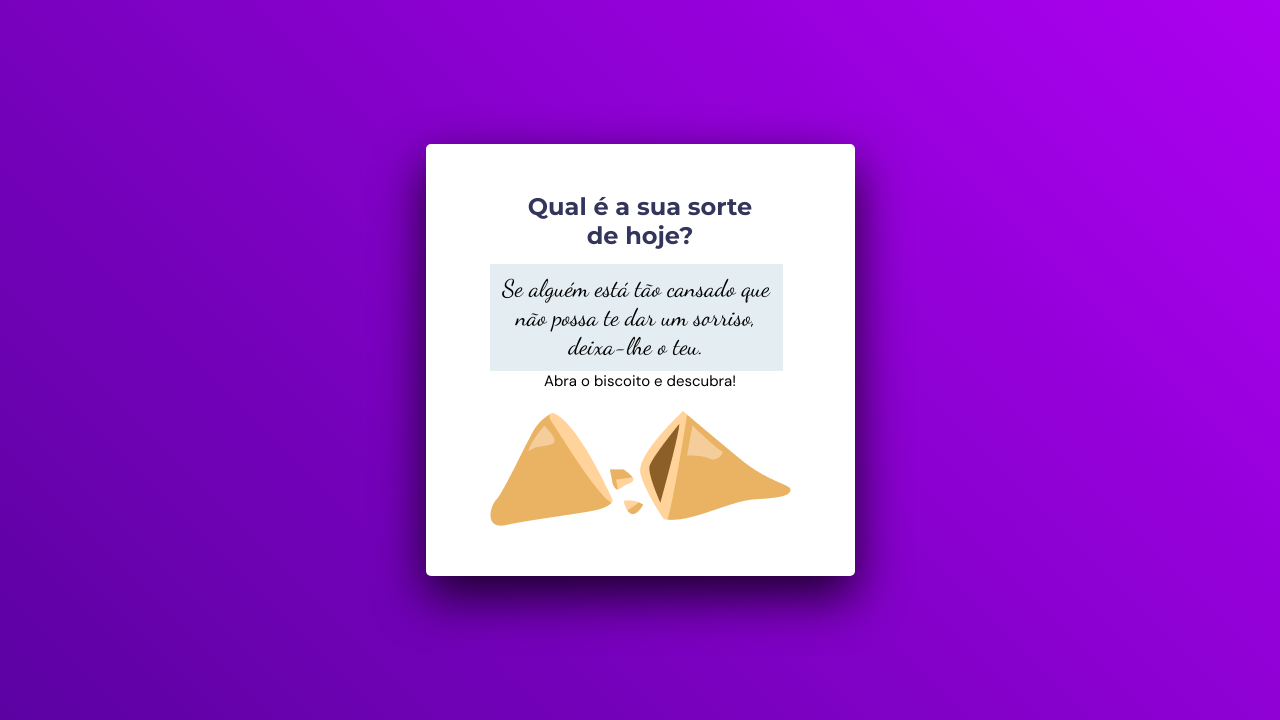
Repository: caueenrico/cookieCoach
Page: index.html
The author's editor kept a copy of each file at every save. The page is drawn from the files as they stood at one save, then again after the next save.
The browser window is 1280 px wide. The pictures show the whole page.

Above is the page before, as saved 2023-06-27 16:44:33.

### index.html
<!DOCTYPE html>
<html lang="en">
  <head>
    <meta charset="UTF-8" />
    <meta name="viewport" content="width=device-width, initial-scale=1.0" />
    <link rel="preconnect" href="https://fonts.googleapis.com" />
    <link rel="preconnect" href="https://fonts.gstatic.com" crossorigin />
    <link
      href="https://fonts.googleapis.com/css2?family=DM+Sans&family=Dancing+Script&family=Montserrat:wght@700&display=swap"
      rel="stylesheet"
    />
    <link rel="stylesheet" href="style.css" />
    <title>biscoito da sorte</title>
  </head>
  <body>
    <main>

      <div class="hide">
        <h1>
          Qual é a sua sorte <br />
          de hoje?
        </h1>
        <p>Abra o biscoito e descubra!</p>
        <img src="/biscoitoClose.png" alt="" />
      </div>

      <div>
        <h1>
          Qual é a sua sorte <br />
          de hoje?
        </h1>

        <span>
          Se alguém está tão cansado que não possa te dar um sorriso, deixa-lhe o teu.
        </span>
        <p>Abra o biscoito e descubra!</p>
        <img src="/opened-cookie.png" alt="" />
      </div>

    </main>
  </body>
  <script src="script.js"></script>
</html>

### style.css
* {
  margin: 0;
  padding: 0;
  box-sizing: border-box;
}

:root {
  font-size: 62.5%;

  --fs-heading: 2.4rem;
  --ff-heading: "Montserrat", sans-serif;

  --fs-subt: 1.5rem;
  --ff-subt: "DM Sans", sans-serif;
}

body {
  height: 100vh;
  width: 100vw;
  display: flex;
  flex-direction: column;
  justify-content: center;

  background: linear-gradient(45deg, #190361, #bb00ff);
  animation: gradient 10s ease infinite;
  background-size: 200% 200%;
}

@keyframes gradient {
  0% {
    background-position: 0% 50%;
  }
  50% {
    background-position: 100% 50%;
  }
  100% {
    background-position: 0% 50%;
  }
}

main {
  margin: 0 auto;

  display: flex;
  flex-direction: column;
  align-items: center;
  justify-content: center;

  padding: 4.8rem 6.4rem;
  background-color: #fff;

  text-align: center;

  border-radius: 5px;
  box-shadow: 0px 20px 50px 0px rgba(0, 0, 0, 0.8);
}

main h1 {
  font-family: var(--ff-heading);
  font-size: var(--fs-heading);
  font-weight: 700;

  color: #34355b;
  margin-bottom: 1.4rem;
}

main p {
  font-size: var(--fs-subt);
  font-family: var(--ff-subt);

  margin-bottom: 2rem;
}

main img {
  width: 100%;
  flex-shrink: 0;
}

main img:hover {
  animation: treme 0.1s infinite;
}

@keyframes treme {
  0% {
    margin-left: 0;
  }
  25% {
    margin-left: 5px;
  }
  50% {
    margin-left: 0;
  }
  75% {
    margin-left: -5px;
  }
  100% {
    margin-left: 0;
  }
}

.hide {
  display: none;
}

span {
  display: flex;
  padding: 10px;
  text-align: center;
  width: 29.3rem;
  background: #e4edf1;
  font-size: 24px;
  font-family: Dancing Script;
  color: #000;
}

### script.js
let img = document.querySelector('img');

img.addEventListener('click', () => {
    img.classList.toggle('active');
    console.log('clicked');
}
)

After the next save:
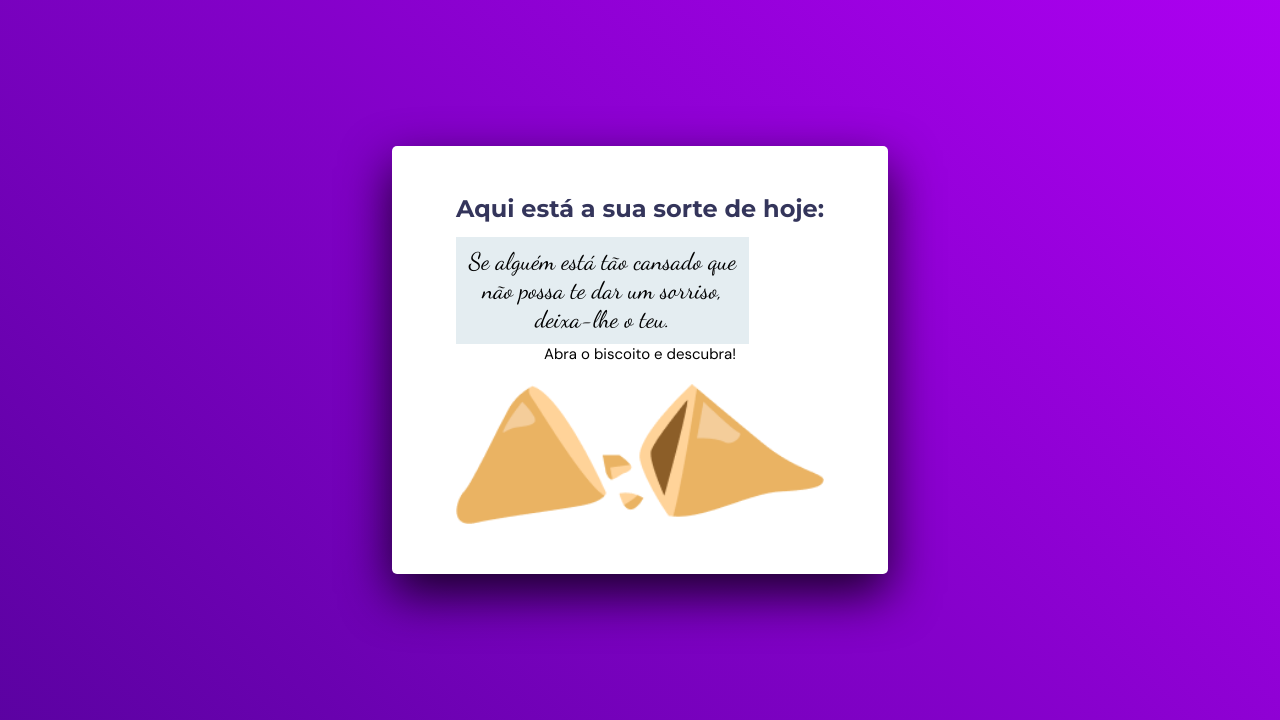
Saved 27 s later.
--- a/index.html
+++ b/index.html
@@ -26,8 +26,7 @@
 
       <div>
         <h1>
-          Qual é a sua sorte <br />
-          de hoje?
+          Aqui está a sua sorte de hoje:
         </h1>
 
         <span>
